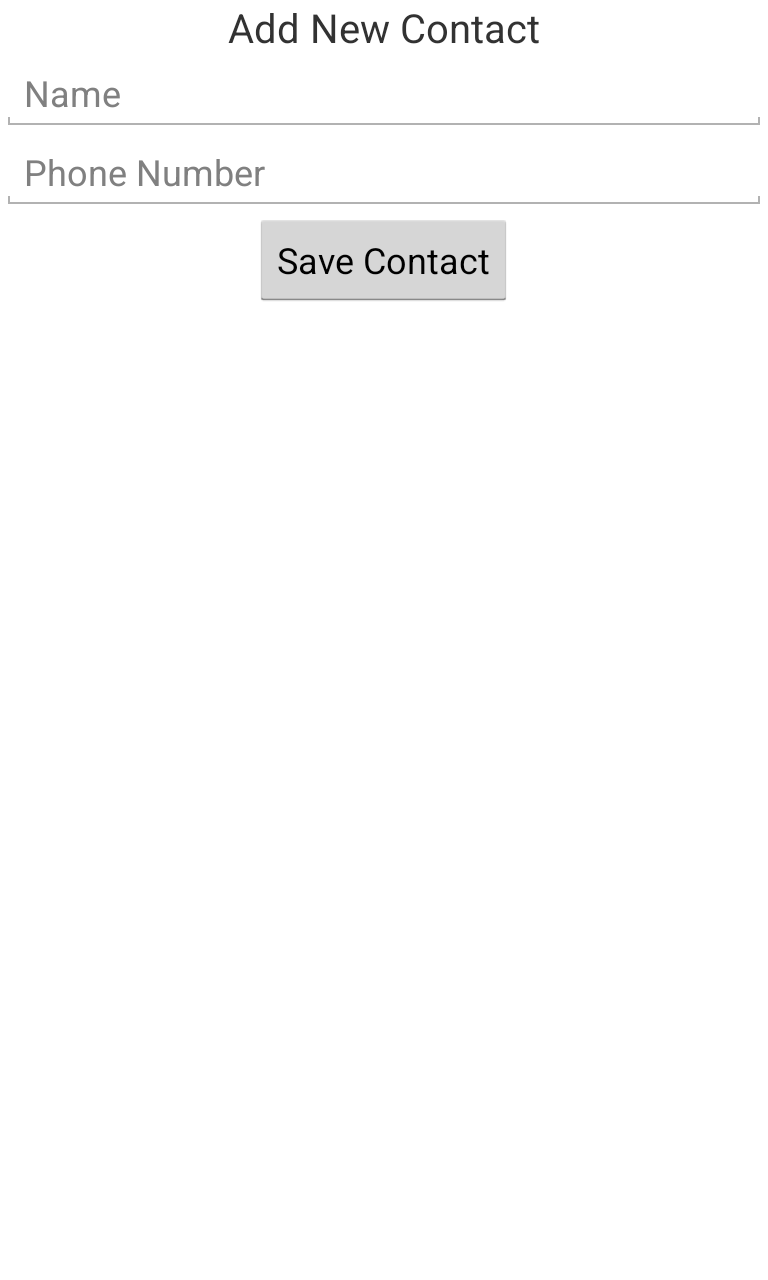
Repository: efreestone/CPM_Freestone
Layout: Project3Android/res/layout/activity_new_item.xml
These files come from the project's save history. The layout is drawn as it stood at one moment and after the next save; the edit follows.
It is drawn on a 768 x 1280 px phone screen (xhdpi) without system bars, with theme AppTheme; the app's code is not run.

Above is the layout before, as saved 2014-10-15 21:57:29.

### Project3Android/res/layout/activity_new_item.xml
<?xml version="1.0" encoding="utf-8"?>
<LinearLayout xmlns:android="http://schemas.android.com/apk/res/android"
    android:layout_width="match_parent"
    android:layout_height="match_parent"
    android:orientation="vertical" >

    <TextView
        android:id="@+id/newItemTitle"
        android:layout_width="match_parent"
        android:layout_height="wrap_content"
        android:gravity="center"
        android:textSize="20sp"
        android:text="@string/newItemTitle" />

    <EditText
        android:id="@+id/nameEditText"
        android:layout_width="match_parent"
        android:layout_height="wrap_content"
        android:inputType="textPersonName"
        android:hint="@string/nameHeader" />

    <EditText
        android:id="@+id/numberEditText"
        android:layout_width="match_parent"
        android:layout_height="wrap_content"
        android:inputType="number"
        android:digits="0123456789()-"
        android:hint="@string/numberHeader" />

    <Button
        android:id="@+id/saveButton"
        android:layout_width="wrap_content"
        android:layout_height="wrap_content"
        android:layout_gravity="center"
        android:text="@string/saveContactButton" />


</LinearLayout>

### Project3Android/res/values/strings.xml
<?xml version="1.0" encoding="utf-8"?>
<resources>

    <string name="app_name">My Contacts</string>
    <string name="hello_world">Hello world!</string>
    <string name="action_settings">Settings</string>
    <string name="newPlusButton">New Client</string>
    <string name="refreshButton">Refresh</string>
    <string name="logoutButtonText">Log Out</string>
    <string name="deleteTitle">Delete</string>
    <string name="editTitle">Edit</string>

    <string name="loginButtonText">Log In</string>
    <string name="signupButtonText">Sign Up</string>

    <string name="usernameTitleText">Username</string>
    <string name="passwordTitleText">Password</string>

    <string name="nameHeader">Name</string>
    <string name="numberHeader">Phone Number</string>
    <string name="numberHint">10 Digit Phone Number</string>
    <string name="newItemTitle">Add New Contact</string>
    <string name="saveContactButton">Save Contact</string>

    <string name="noConnectionTitle">No Connection!</string>

</resources>

Loaded but not shown: Project3Android/res/values/styles.xml (common file); Project3Android/res/values-v11/styles.xml (common file); Project3Android/res/values-v14/styles.xml (common file)

After the next save:
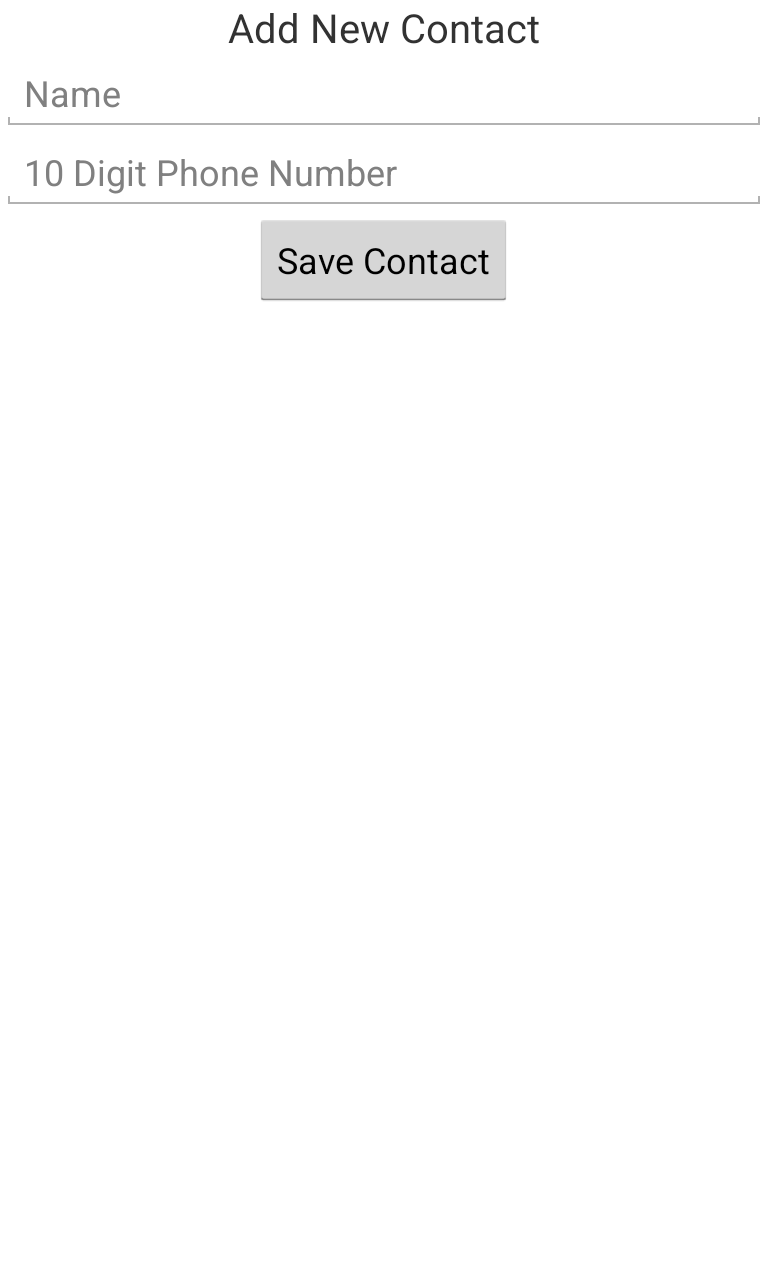
Saved 4 s later.
--- a/Project3Android/res/layout/activity_new_item.xml
+++ b/Project3Android/res/layout/activity_new_item.xml
@@ -25,7 +25,7 @@
         android:layout_height="wrap_content"
         android:inputType="number"
         android:digits="0123456789()-"
-        android:hint="@string/numberHeader" />
+        android:hint="@string/numberHint" />
 
     <Button
         android:id="@+id/saveButton"
